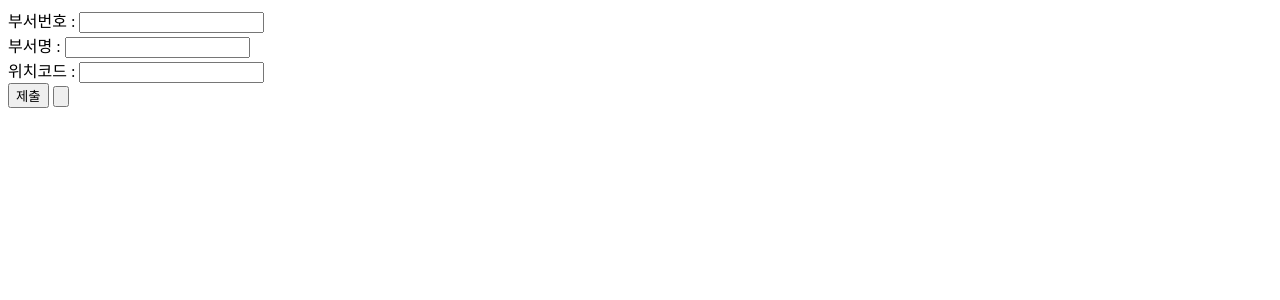
Repository: SuYOUNGgg/JavaStudy
Page: http://localhost/TestWeb13/insert.jsp
An editor plug-in stored every save of this project. The page is shown before and after the next save, followed by the edit.
The browser window is 1280 px wide. The pictures show the whole page.
The page is served by Tomcat 9.

Above is the page before, as saved 2020-05-19 07:03:00.

After the next save:
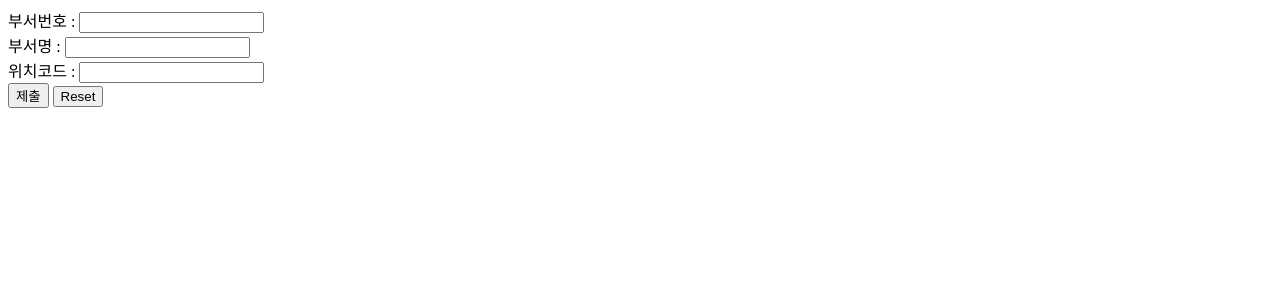
Saved 26 s later.
--- a/JavaProgramming/~0520/TestWeb13/WebContent/insert.jsp
+++ b/JavaProgramming/~0520/TestWeb13/WebContent/insert.jsp
@@ -12,7 +12,7 @@
 부서명 : <input type="text" name="dept_id"><br>
 위치코드 : <input type="text" name="dept_id"><br>
 <input type="submit" value="제출">
-<input type="button" name="취소">
+<input type="reset" name="취소">
 </form>
 </body>
 </html>
